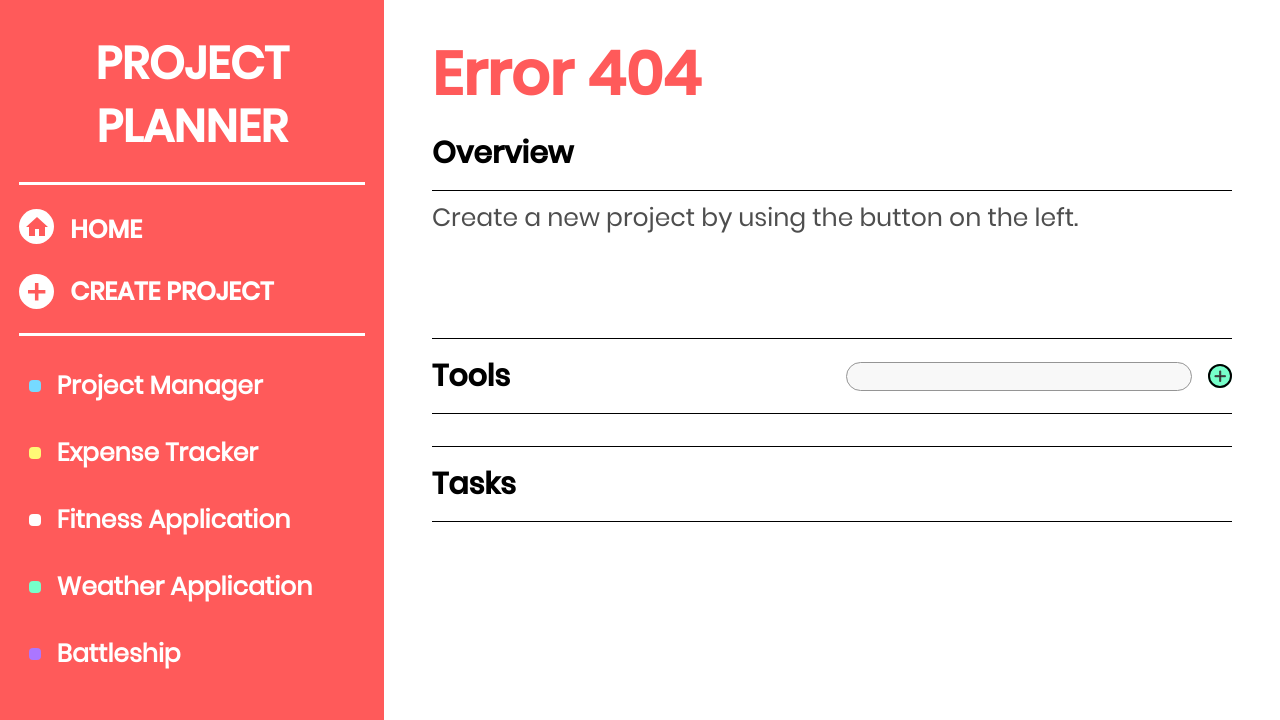
Repository: AzharMoosa/project-manager
Page: /project
These files come from the project's save history. The page is drawn as it stood at one moment and after the next save; the edit follows.
The browser window is 1280 px wide. The pictures show the whole page.
The project was rebuilt for these pictures with package versions that can differ from the ones it lists, and the page was loaded fresh each time. A package was used in the major version that the imports need, not the one package.json lists. Also part of the build but not shown: src/components/home/ProgressBar.js, src/components/home/ProjectProgress.js, src/components/home/Home.js, src/components/current-project/Task.js.

Above is the page before, as saved 2020-06-24 10:09:42.

### public/index.html
<!DOCTYPE html>
<html lang="en">
  <head>
    <meta charset="utf-8" />
    <link rel="icon" href="%PUBLIC_URL%/favicon.ico" />
    <meta name="viewport" content="width=device-width, initial-scale=1" />
    <meta name="theme-color" content="#000000" />
    <meta
      name="description"
      content="Web site created using create-react-app"
    />
    <link rel="apple-touch-icon" href="%PUBLIC_URL%/logo192.png" />

    <link rel="manifest" href="%PUBLIC_URL%/manifest.json" />

    <title>Project Planner</title>
  </head>
  <body>
    <noscript>You need to enable JavaScript to run this app.</noscript>
    <div id="root"></div>
  </body>
</html>

### src/App.js
import React from "react";
import Sidebar from "./components/sidebar/Siebar";
import Main from "./components/Main";
import Modal from "./components/modal/Modal";
import { ProjectProvider } from "./ProjectContext";
import { SelectedProjectProvider } from "./SelectedProjectContext";
import { BrowserRouter } from "react-router-dom";

import "./App.css";

function App() {
  return (
    <BrowserRouter>
      <ProjectProvider>
        <SelectedProjectProvider>
          <div className='container'>
            <Sidebar />
            <Main />
            <Modal />
          </div>
        </SelectedProjectProvider>
      </ProjectProvider>
    </BrowserRouter>
  );
}

export default App;

### src/components/sidebar/Siebar.js
import React from "react";
import Header from "./Header";
import ProjectList from "../project-list/ProjectList";

const Siebar = () => {
  return (
    <div className='sidebar'>
      <Header />
      <ProjectList />
    </div>
  );
};

export default Siebar;

### src/components/Main.js
import React from "react";
import { Switch, Route } from "react-router-dom";
import Home from "./home/Home";
import CurrentProject from "./current-project/CurrentProject";

const Main = () => {
  return (
    <Switch>
      <Route exact path='/' component={Home}></Route>
      <Route exact path='/project' component={CurrentProject}></Route>
    </Switch>
  );
};

export default Main;

### src/components/modal/Modal.js
import React, { useContext, useState } from "react";
import { ProjectContext } from "../../ProjectContext";

const Modal = () => {
  // eslint-disable-next-line
  const [projects, setProjects] = useContext(ProjectContext);
  const [projectTitle, setProjectTitle] = useState("");
  const [projectOverview, setProjectOverview] = useState("");

  const hidePopup = () => {
    let popup = document.querySelector(".create-project-popup");
    popup.classList.add("hide");
  };

  const createProject = (e) => {
    if (projectTitle === "") {
      return;
    }
    e.preventDefault();
    let newProject = {
      name: projectTitle,
      overview: projectOverview,
      tools: [],
      progress: 0,
      tasks: [],
      color: "white",
      date: "",
      id: Math.floor(Math.random() * 100),
    };
    setProjects((projects) => [...projects, newProject]);
    setProjectTitle("");
    setProjectOverview("");
    clearTitleInput();
    clearOverviewInput();
    hidePopup();
  };

  const clearTitleInput = () => {
    let titleInput = document.querySelector(".title-input");
    titleInput.value = "";
  };

  const clearOverviewInput = () => {
    let overviewInput = document.querySelector(".overview-input");
    overviewInput.value = "";
  };

  return (
    <div className='create-project-popup hide'>
      <div className='create-project-popup-content'>
        <h1>CREATE PROJECT</h1>
        <form className='form-input'>
          <label htmlFor='title'>PROJECT TITLE</label>
          <input
            type='text'
            onChange={(e) => setProjectTitle(e.target.value)}
            className='title-input'
          />
          <label htmlFor='title'>PROJECT OVERVIEW</label>
          <textarea
            type='text'
            onChange={(e) => setProjectOverview(e.target.value)}
            className='overview-input'
          />
          <button className='create-btn' onClick={createProject}>
            CREATE
          </button>
        </form>
      </div>
    </div>
  );
};

export default Modal;

### src/ProjectContext.js
import React, { useState, createContext } from "react";

export const ProjectContext = createContext();

export const ProjectProvider = (props) => {
  const [projects, setProjects] = useState([
    {
      name: "Project Manager",
      overview:
        "A project management application which allows you to plan personal projects and track its progress.  Create detail plans of projects before developing projects.",
      tools: ["HTML", "CSS", "JAVASCRIPT", "REACT"],
      progress: 60,
      tasks: [
        { task: "Create Project Plans", complete: true },
        { task: "Todo List for Each Project", complete: false },
        { task: "Track Progress", complete: true },
        { task: "Priority List", complete: true },
        { task: "Choose Tools In Each Project", complete: false },
        { task: "Clean And Simple Design", complete: true },
        { task: "Use REACT", complete: false },
      ],
      color: "blue",
      date: "26/06/2020",
      id: 28392,
    },

    {
      name: "Expense Tracker",
      overview:
        "A expense tracker application which allows you to budget and track your savings.  Track what expenses you have.",
      tools: ["HTML", "CSS", "JAVASCRIPT", "REACT"],
      progress: 40,
      tasks: [
        { task: "Expenses In And Out", complete: true },
        { task: "Current Balance", complete: false },
        { task: "Highest Money Out", complete: true },
        { task: "Clean And Simple Design", complete: true },
        { task: "Use REACT", complete: false },
      ],
      color: "yellow",
      date: "",
      id: 2032,
    },

    {
      name: "Fitness Application",
      overview:
        "A fitness application which can track workouts and meal plans. Plan exercise routines and meal plans all in one hub.",
      tools: [
        "HTML",
        "CSS",
        "JAVASCRIPT",
        "REACT",
        "NODEJS",
        "EXPRESS",
        "MONGODB",
      ],
      progress: 0,
      tasks: [
        { task: "Exercise Plan", complete: true },
        { task: "Diet Plan", complete: false },
        { task: "Clean And Simple Design", complete: true },
        { task: "Use REACT", complete: false },
      ],
      color: "white",
      date: "30/09/2020",
      id: 203234,
    },

    {
      name: "Weather Application",
      overview:
        "A weather application which can track weather and climate. See weather and climate for different locations all around the world.",
      tools: ["HTML", "CSS", "JAVASCRIPT", "REACT", "ADOBE XD"],
      progress: 30,
      tasks: [
        { task: "Weather", complete: true },
        { task: "Temp, Humidity, Pressure", complete: false },
        { task: "Clean And Simple Design", complete: true },
        { task: "Use REACT", complete: false },
      ],
      color: "green",
      date: "16/12/2020",
      id: 20327734,
    },

    {
      name: "Battleship",
      overview: "Battleship created in REACT and using Javascript Testing.",
      tools: ["HTML", "CSS", "JAVASCRIPT", "REACT", "ADOBE XD", "JEST"],
      progress: 100,
      tasks: [
        { task: "Battleship Game", complete: true },
        { task: "Using Testing", complete: false },
        { task: "Clean And Simple Design", complete: true },
        { task: "Use REACT", complete: false },
      ],
      color: "purple",
      date: "",
      id: 2027734,
    },
  ]);

  return (
    <ProjectContext.Provider value={[projects, setProjects]}>
      {props.children}
    </ProjectContext.Provider>
  );
};

### src/SelectedProjectContext.js
import React, { useState, createContext } from "react";

export const SelectedProjectContext = createContext();

export const SelectedProjectProvider = (props) => {
  const [selectedProject, setSelectedProject] = useState({
    name: "Error 404",
    overview: "Create a new project by using the button on the left.",
    tools: [],
    progress: 0,
    tasks: [],
    color: "",
    date: "",
    id: 21,
  });

  return (
    <SelectedProjectContext.Provider
      value={[selectedProject, setSelectedProject]}
    >
      {props.children}
    </SelectedProjectContext.Provider>
  );
};

### src/App.css
:root {
  --red: #ff5a5a;
  --green: #76ffca;
  --blue: #76daff;
  --yellow: #fffa76;
  --purple: #ab76ff;
}

/* CSS RESET */

* {
  margin: 0;
  padding: 0;
  box-sizing: border-box;
}

/* Fonts */

@font-face {
  font-family: "Poppins-Med";
  src: url("./fonts/Poppins-Medium.ttf");
}

@font-face {
  font-family: "Poppins-Reg";
  src: url("./fonts/Poppins-Regular.ttf");
}

/* Body */

body {
  font-family: "Poppins-Reg";
  line-height: 1.4;
}

/* Utilities */

/* Bullet Points */

.white:before,
.blue:before,
.yellow:before,
.green:before,
.purple:before {
  content: " ";
  height: 12px;
  width: 12px;
  margin-right: 1rem;
  border-radius: 4px;
}

.blue:before {
  background-color: var(--blue);
}

.yellow:before {
  background-color: var(--yellow);
}

.green:before {
  background-color: var(--green);
}

.purple:before {
  background-color: var(--purple);
}

.white:before {
  background-color: #fff;
}

/* Container */
.container {
  display: flex;
}

/* Sidebar */
.sidebar {
  width: 30vw;
  background-color: var(--red);
  min-height: 100vh;
  color: #fff;
}

.title {
  font-size: 45px;
  font-family: "Poppins-Med";
  text-align: center;
  padding-top: 2rem;
}

.nav-btns::after,
.nav-btns:before {
  content: " ";
  display: block;
  border-bottom: 3px solid #fff;
  width: 100%;
  margin: 1.5rem auto;
}

.nav-btns {
  width: 90%;
  margin: auto;
}

.home-btn,
.create-project-btn {
  display: flex;
  align-items: center;
  margin-top: 1.5rem;
}

.home-btn h3,
.create-project-btn h3 {
  margin-left: 1rem;
  font-family: "Poppins-Med";
  font-size: 25px;
}

.home-btn svg,
.create-project-btn svg {
  cursor: pointer;
}

/* Home */

.home {
  width: 70vw;
  display: flex;
  flex-direction: column;
}

.home-title {
  font-size: 80px;
  font-family: "Poppins-Med";
  color: var(--red);
  text-align: center;
  margin-top: 1rem;
}

.home-title:after {
  content: " ";
  display: block;
  border-bottom: 5px solid var(--red);
  width: 342px;
  margin: 0 auto 1.5rem auto;
}

/* Selected Project */

.selected-project {
  width: 70vw;
  display: flex;
  flex-direction: column;
  padding: 2rem 3rem;
}

.selected-project-title {
  color: var(--red);
  font-size: 60px;
  font-family: "Poppins-Med";
}

.selected-project h3 {
  font-size: 30px;
  font-family: "Poppins-Med";
  margin-top: 1rem;
}

.selected-project-heading:after,
.tools:before {
  content: " ";
  display: block;
  border-bottom: 1px solid #000;
  padding: 0.5rem 0;
}

.overview {
  color: #4e4e4e;
  font-size: 25px;
  font-family: "Poppins-Reg";
  padding: 0.5rem 0;
  outline: none;
  border: none;
  min-height: 20%;
  resize: none;
}

.tools-head {
  display: flex;
  justify-content: space-between;
  align-items: center;
  border-bottom: 1px solid #000;
  padding-bottom: 1rem;
}

.tools-input {
  margin-top: 1rem;
  display: flex;
  justify-content: center;
  align-items: center;
}

.add-tools {
  width: 346px;
  height: 29px;
  background-color: #f8f8f8;
  border: 1px solid #959595;
  border-radius: 15px;
  margin-right: 1rem;
  font-size: 15px;
  outline: none;
  padding: 0 1rem;
}

.add-tool-btn {
  cursor: pointer;
}

.tools-body {
  border-bottom: 1px solid #000;
}

.tools-body h3 {
  font-family: "Poppins-Reg";
  padding-bottom: 1rem;
  color: #4e4e4e;
  font-size: 25px;
}

.tasks-title {
  display: flex;
  align-items: center;
  border-bottom: 1px solid #000;
  padding-bottom: 1rem;
}

/* Project Sidebar List */

.project-side {
  width: 85%;
  margin: 2rem auto;
  display: flex;
  align-items: center;
  cursor: pointer;
}

.project-side h3 {
  font-size: 25px;
}

/* Progress Bar */
.progressbar {
  width: 90%;
  background-color: #fff;
  border: 2px solid #2f2f2f;
  border-radius: 17px;
  margin: 0 auto 2rem auto;
}

.progressbar > div {
  background-color: var(--green);
  height: 33px;
  border-radius: 17px;
}

.progressbar > div h3 {
  display: flex;
  justify-content: flex-end;
  align-items: center;
  line-height: 1.8;
  margin-right: 1rem;
}

/* Project List */

.project-title {
  width: 90%;
  margin: 1.2rem auto;
  display: flex;
  justify-content: space-between;
}

.project-title h3 {
  font-size: 25px;
  font-family: "Poppins-Med";
}

.project-title h4 {
  font-size: 20px;
  font-family: "Poppins-Reg";
  color: #505050;
}

/* Create Project Popup */

.hide {
  display: none !important;
}

.create-project-popup {
  display: flex;
  justify-content: center;
  align-items: center;
  position: fixed;
  z-index: 1;
  left: 0;
  top: 0;
  width: 100%;
  height: 100%;
  background-color: rgb(0, 0, 0);
  background-color: rgba(99, 99, 99, 0.6);
}

.create-project-popup-content {
  background-color: var(--red);
  padding: 20px;
  border: 3px solid #343434;
  min-width: 526px;
  min-height: 617px;
  color: #fff;
  -webkit-box-shadow: 10px 10px 6px 0px rgba(0, 0, 0, 0.75);
  -moz-box-shadow: 10px 10px 6px 0px rgba(0, 0, 0, 0.75);
  box-shadow: 10px 10px 6px 0px rgba(0, 0, 0, 0.75);
}

.create-project-popup-content h1 {
  text-align: center;
}

.create-project-popup-content h1:after {
  content: " ";
  display: block;
  border-bottom: 3px solid #fff;
  width: 250px;
  margin: 0 auto 1.5rem auto;
}

.form-input {
  width: 100%;
  display: flex;
  flex-direction: column;
  justify-content: center;
}

.form-input label {
  font-size: 25px;
  font-family: "Poppins-Med";
}

.form-input input {
  height: 46px;
  background-color: transparent;
  border: 2px solid #fff;
  outline: none;
  color: #fff;
  font-size: 21px;
  padding: 0 0.5rem;
  width: 100%;
  margin-bottom: 2rem;
}

.form-input textarea {
  height: 202px;
  background-color: transparent;
  border: 2px solid #fff;
  outline: none;
  color: #fff;
  font-size: 21px;
  padding: 0.5rem 0.5rem;
  width: 100%;
  margin-bottom: 2rem;
  font-family: "Poppins-Reg";
}

.create-btn {
  background-color: var(--green);
  width: 155px;
  height: 48px;
  border-radius: 24px;
  border: none;
  font-size: 22px;
  margin: 2rem auto 0 auto;
}

### src/components/sidebar/Header.js
import React from "react";
import { Link } from "react-router-dom";

const Header = () => {
  const displayPopup = () => {
    let popup = document.querySelector(".create-project-popup");
    popup.classList.remove("hide");
  };

  return (
    <div>
      <h1 className='title'>PROJECT PLANNER</h1>
      <div className='nav-btns'>
        <div className='home-btn'>
          <Link to='/'>
            <svg
              xmlns='http://www.w3.org/2000/svg'
              width='35'
              height='35'
              viewBox='0 0 35 35'
            >
              <g
                id='Home_Btn'
                data-name='Home Btn'
                transform='translate(-139 -182)'
              >
                <circle
                  id='Ellipse_1'
                  data-name='Ellipse 1'
                  cx='17.5'
                  cy='17.5'
                  r='17.5'
                  transform='translate(139 182)'
                  fill='#fff'
                />
                <path
                  id='icons8-home'
                  d='M12,2.1,1,12H4v9h6V14h4v7h6V12h3Z'
                  transform='translate(145 187.9)'
                  fill='#ff5a5a'
                />
              </g>
            </svg>
          </Link>
          <h3>HOME</h3>
        </div>

        <div className='create-project-btn'>
          <svg
            xmlns='http://www.w3.org/2000/svg'
            width='35'
            height='35'
            viewBox='0 0 35 35'
            onClick={displayPopup}
          >
            <g id='Group_6' data-name='Group 6' transform='translate(-50 -242)'>
              <circle
                id='Ellipse_2'
                data-name='Ellipse 2'
                cx='17.5'
                cy='17.5'
                r='17.5'
                transform='translate(50 242)'
                fill='#fff'
              />
              <path
                id='icons8-plus'
                d='M8.922,2V8.922H2v1.538H8.922v6.922h1.538V10.461h6.922V8.922H10.461V2Z'
                transform='translate(58 250)'
                fill='#ff5a5a'
                stroke='#ff5a5a'
                strokeWidth='2'
                fillRule='evenodd'
              />
            </g>
          </svg>
          <h3>CREATE PROJECT</h3>
        </div>
      </div>
    </div>
  );
};

export default Header;

### src/components/project-list/ProjectList.js
import React, { useContext } from "react";
import { ProjectContext } from "../../ProjectContext";
import ProjectSide from "./ProjectSide";

const ProjectList = () => {
  // eslint-disable-next-line
  const [projects, setProjects] = useContext(ProjectContext);

  return (
    <div>
      {projects.map((project) => (
        <ProjectSide
          name={project.name}
          color={project.color}
          key={project.id}
          project={project}
        />
      ))}
    </div>
  );
};

export default ProjectList;

### src/components/current-project/CurrentProject.js
import React, { useContext, useState } from "react";
import Task from "./Task";

import { SelectedProjectContext } from "../../SelectedProjectContext";

const CurrentProject = () => {
  // eslint-disable-next-line
  const [selectedProject, setSelectedProject] = useContext(
    SelectedProjectContext
  );

  const modifyOverview = (e) => {};

  return (
    <div className='selected-project'>
      <h1 className='selected-project-title'>{selectedProject.name}</h1>
      <h3 className='selected-project-heading'>Overview</h3>
      <textarea
        type='text'
        className='overview'
        value={selectedProject.overview}
        onChange={modifyOverview}
      />
      <div className='tools'>
        <div className='tools-head'>
          <h3>Tools</h3>
          <div className='tools-input'>
            <input type='text' className='add-tools' />
            <svg
              xmlns='http://www.w3.org/2000/svg'
              width='24'
              height='24'
              viewBox='0 0 24 24'
              className='add-tool-btn'
            >
              <g
                id='Add_Tool_Btn'
                data-name='Add Tool Btn'
                transform='translate(-49.866 -241.866)'
              >
                <g
                  id='Ellipse_2'
                  data-name='Ellipse 2'
                  transform='translate(49.866 241.866)'
                  fill='#76ffca'
                  stroke='#000'
                  strokeWidth='2'
                >
                  <circle cx='12' cy='12' r='12' stroke='none' />
                  <circle cx='12' cy='12' r='11' fill='none' />
                </g>
                <path
                  id='icons8-plus'
                  d='M6.72,2V6.72H2V7.769H6.72v4.72H7.769V7.769h4.72V6.72H7.769V2Z'
                  transform='translate(54.819 246.819)'
                  stroke='#404040'
                  strokeWidth='1'
                  fillRule='evenodd'
                />
              </g>
            </svg>
          </div>
        </div>
        <div className='tools-body'>
          <h3>{selectedProject.tools.join(" | ")}</h3>
        </div>
      </div>

      <h3 className='selected-project-heading'>Tasks</h3>

      <div className='tasks'>
        {selectedProject.tasks.map((task) => (
          <Task key={Math.random() * 100} />
        ))}
      </div>
    </div>
  );
};

export default CurrentProject;

### src/components/project-list/ProjectSide.js
import React, { useContext } from "react";
import { SelectedProjectContext } from "../../SelectedProjectContext";
import { Link } from "react-router-dom";

const Project = ({ name, color, project }) => {
  // eslint-disable-next-line
  const [selectedProject, setSelectedProject] = useContext(
    SelectedProjectContext
  );

  return (
    <Link to='/project' style={{ textDecoration: "none", color: "#fff" }}>
      <div className={`project-side ${color}`}>
        <h3
          onClick={() => {
            setSelectedProject(project);
          }}
        >
          {name}
        </h3>
      </div>
    </Link>
  );
};

export default Project;

Loaded but not shown: src/index.js (common file)

After the next save:
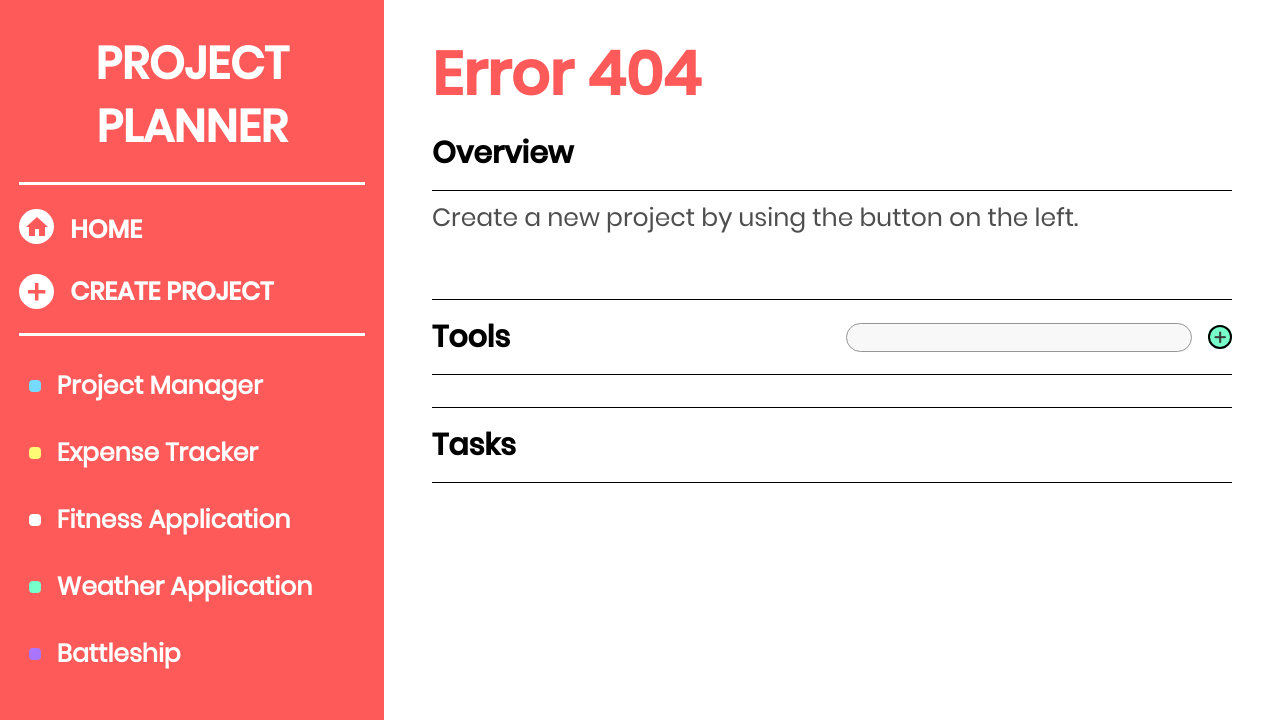
Saved 20 s later.
--- a/src/App.css
+++ b/src/App.css
@@ -182,7 +182,7 @@ body {
   padding: 0.5rem 0;
   outline: none;
   border: none;
-  min-height: 20%;
+  min-height: 10%;
   resize: none;
 }
 
